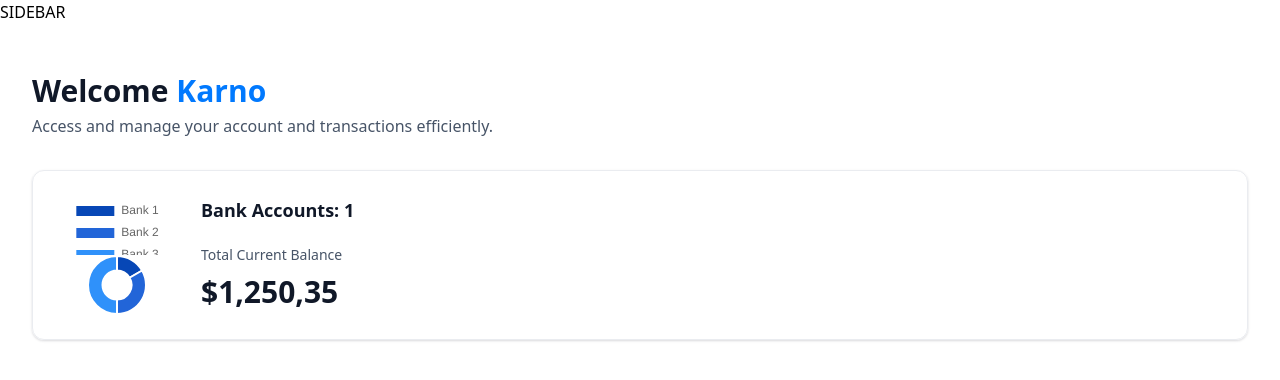
Repository: KarnoSarker/Banking
Page: /
These files come from the project's save history. The page is drawn as it stood at one moment and after the next save; the edit follows.
The browser window is 1280 px wide. The pictures show the whole page.
The project was rebuilt for these pictures with package versions that can differ from the ones it lists, and the page was loaded fresh each time. The framework's server and built-in components were replaced by stand-ins that run in the browser. Also part of the build but not shown: next.config.mjs.

Above is the page before, as saved 2024-05-14 16:03:43.

### app/layout.tsx
import type { Metadata } from 'next';
import { Inter, IBM_Plex_Serif } from 'next/font/google';
import './globals.css';

const inter = Inter({ subsets: ['latin'], variable: '--font-inter' });
const ibmPlexSerif = IBM_Plex_Serif({
  subsets: ['latin'],
  weight: ['400', '700'],
  variable: '--font-ibm-plex-serif',
});

export const metadata: Metadata = {
  title: 'CityBank',
  description: 'CityBank for everyone',
  icons: {
    icon: '/icons/logo.svg',
  },
};

export default function RootLayout({
  children,
}: Readonly<{
  children: React.ReactNode;
}>) {
  return (
    <html lang='en'>
      <body className={`${inter.variable} ${ibmPlexSerif.variable}`}>
        {children}
      </body>
    </html>
  );
}

### app/(root)/page.tsx
import HeaderBox from '@/components/HeaderBox';
import TotalBalanceBox from '@/components/TotalBalanceBox';
import React from 'react';

const Home = () => {
  const loggedIn = { firstName: 'Karno' };
  return (
    <section className='home'>
      <div className='home-content'>
        <header className='home-header'>
          <HeaderBox
            type='greeting'
            title='Welcome'
            user={loggedIn?.firstName || 'Guest'}
            subtext='Access and manage your account and transactions efficiently.'
          />
        </header>
        <TotalBalanceBox
          accounts={[]}
          totalBanks={1}
          totalCurrentBalance={1250.35}
        />
      </div>
    </section>
  );
};

export default Home;

### components/HeaderBox.tsx
import React from 'react';

const HeaderBox = ({
  type = 'title',
  title,
  subtext,
  user,
}: HeaderBoxProps) => {
  return (
    <div className='header-box'>
      <h1 className='header-box-title'>
        {title}
        {type === 'greeting' && (
          <span className='text-bankGradient'>&nbsp;{user}</span>
        )}
      </h1>
      <p className='header-box-subtext'>{subtext}</p>
    </div>
  );
};

export default HeaderBox;

### components/TotalBalanceBox.tsx
import React from 'react';
import AnimatedCounter from './AnimatedCounter';
import DoughnutChart from './ui/DoughnutChart';

const TotalBalanceBox = ({
  accounts = [],
  totalBanks,
  totalCurrentBalance,
}: TotlaBalanceBoxProps) => {
  return (
    <section className='total-balance'>
      <div className='total-balance-chart'>
        <DoughnutChart accounts={accounts} />
      </div>
      <div className='flex flex-col gap-6'>
        <h2 className='header-2'>Bank Accounts: {totalBanks}</h2>
        <div className='flex flex-col gap-2'>
          <p className='total-balance-label'>Total Current Balance</p>
          <div className='total-balance-amount flex-center gap-2'>
            <AnimatedCounter amount={totalCurrentBalance} />
          </div>
        </div>
      </div>
    </section>
  );
};

export default TotalBalanceBox;

### components/AnimatedCounter.tsx
'use client';
import CountUp from 'react-countup';

const AnimatedCounter = ({ amount }: { amount: number }) => {
  return (
    <div className='w-full'>
      <CountUp
        duration={2.75}
        decimals={2}
        decimal=','
        prefix='$'
        end={amount}
      />
    </div>
  );
};

export default AnimatedCounter;

### components/ui/DoughnutChart.tsx
'use client';

import { Chart as ChartJS, ArcElement, Tooltip, Legend } from 'chart.js';
import { Doughnut } from 'react-chartjs-2';

ChartJS.register(ArcElement, Tooltip, Legend);

const DoughnutChart = ({ accounts }: DoughnutChartProps) => {
  const data = {
    datasets: [
      {
        label: 'Banks',
        data: [1250, 2500, 3750],
        backgroundColor: ['#0747b6', '#2265d8', '#2f91fa'],
      },
    ],
    labels: ['Bank 1', 'Bank 2', 'Bank 3'],
  };
  return <Doughnut data={data} />;
};

export default DoughnutChart;

Loaded but not shown: app/(root)/layout.tsx (common file); app/globals.css (common file); tailwind.config.ts (common file)

After the next save:
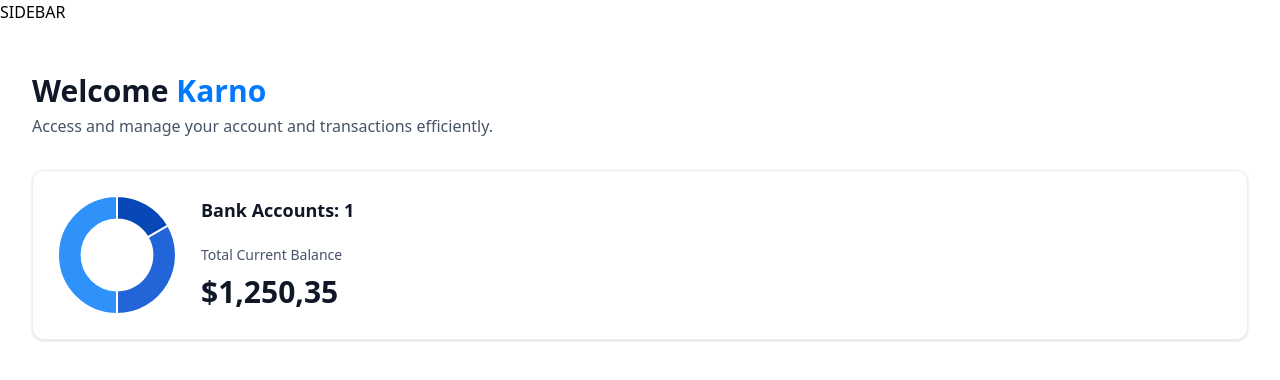
Saved 2 min 17 s later.
--- a/components/ui/DoughnutChart.tsx
+++ b/components/ui/DoughnutChart.tsx
@@ -16,7 +16,19 @@ const DoughnutChart = ({ accounts }: DoughnutChartProps) => {
     ],
     labels: ['Bank 1', 'Bank 2', 'Bank 3'],
   };
-  return <Doughnut data={data} />;
+  return (
+    <Doughnut
+      data={data}
+      options={{
+        cutout: '60%',
+        plugins: {
+          legend: {
+            display: false,
+          },
+        },
+      }}
+    />
+  );
 };
 
 export default DoughnutChart;
